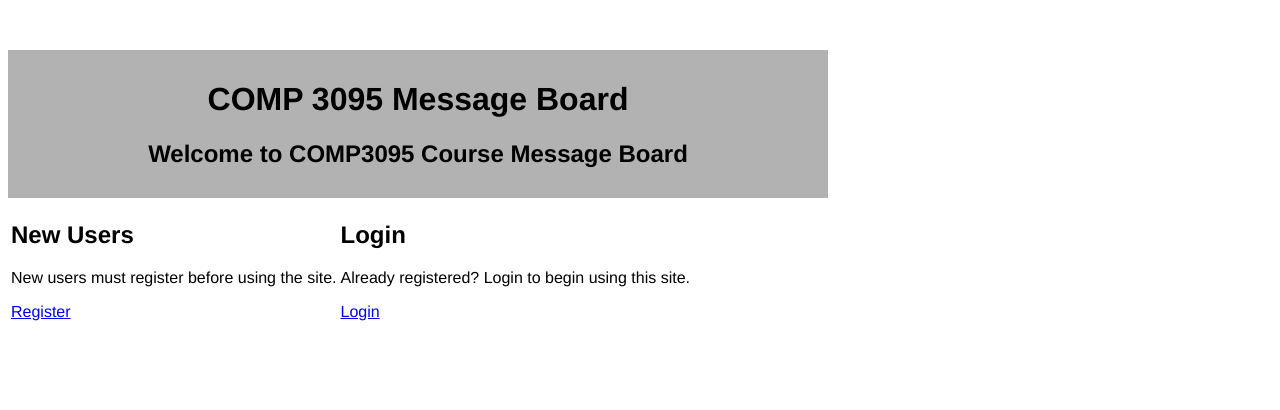
Repository: JesseFo/Whitespace
Page: whitespace/WebContent/WEB-INF/index.html
These files come from the project's save history. The page is drawn as it stood at one moment and after the next save; the edit follows.
The browser window is 1280 px wide. The pictures show the whole page.

Above is the page before, as saved 2015-10-14 02:51:24.

After the next save:
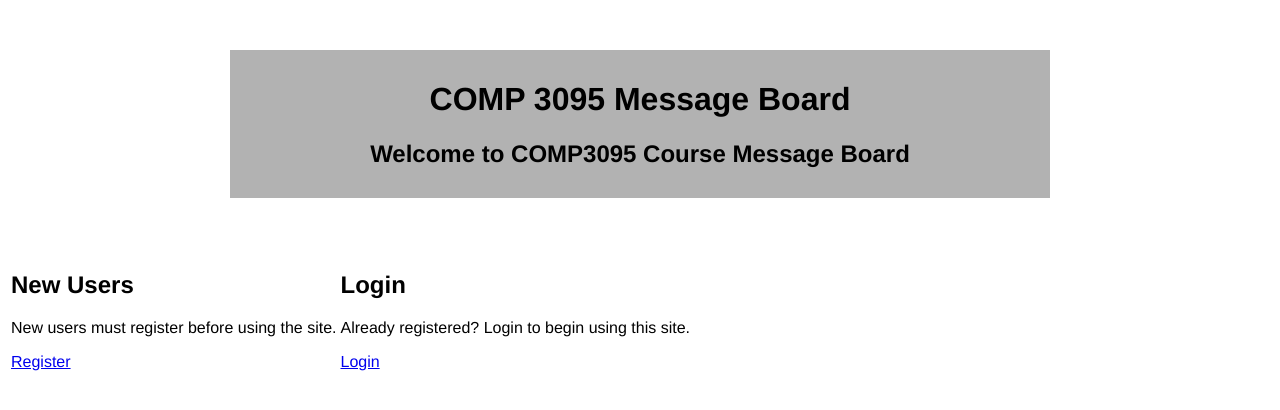
Saved 75 s later.
--- a/whitespace/WebContent/WEB-INF/index.css
+++ b/whitespace/WebContent/WEB-INF/index.css
@@ -8,6 +8,6 @@
 	text-align: center;
 	background: #B2B2B2;
 	padding: 10px;
-	margin-top: 50px;
 	width: 800px;
+	margin: 50px auto;
 }
